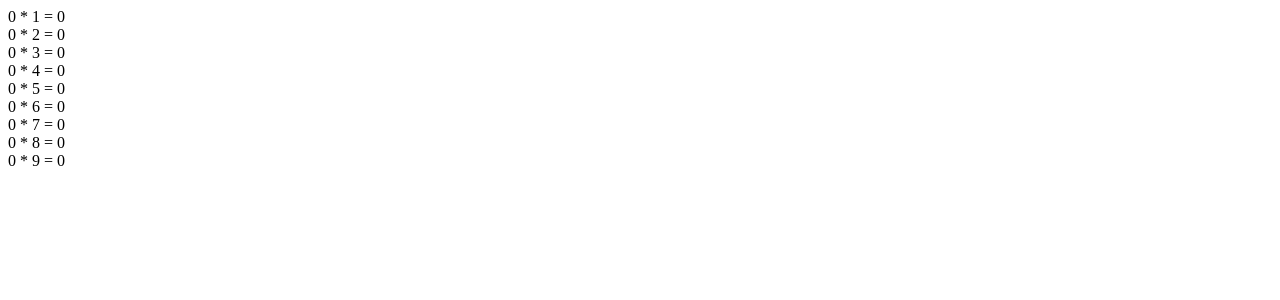
Repository: hahahahohohoho/k7_jsp
Page: http://localhost/JSPMission1/mission/Mission1.jsp
The author's editor kept a copy of each file at every save. The page is drawn from the files as they stood at one save, then again after a run of saves.
The browser window is 1280 px wide. The pictures show the whole page.
The page is served by Tomcat 9.

Above is the page before, as saved 2024-06-05 04:05:32.

### JSPMission1/src/main/webapp/mission/Mission1.jsp
<%@ page language="java" contentType="text/html; charset=UTF-8"
    pageEncoding="UTF-8"%>
<!DOCTYPE html>
<html>
<head>
<meta charset="UTF-8">
<title>Insert title here</title>
</head>
<body>

<%
int num=0;
try{
	num = Integer.parseInt(request.getParameter("dan"));
}
catch(Exception e){
	num=0;
}
%>
 <%
	 for(int i=1; i<10; i++) {
	 	out.println(num +" * " + i + " = " + num*i + "<br />");
	 }
 %>
</body>
</html>

After the next 2 saves:
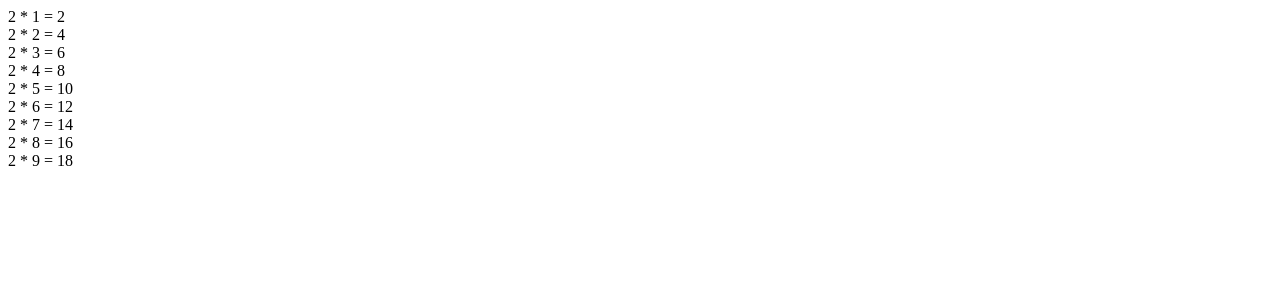
The 2 saves are shown as one change because they came seconds apart.
The last was saved 20 s later.
--- a/JSPMission1/src/main/webapp/mission/Mission1.jsp
+++ b/JSPMission1/src/main/webapp/mission/Mission1.jsp
@@ -9,13 +9,11 @@
 <body>
 
 <%
-int num=0;
+int num=2;
 try{
 	num = Integer.parseInt(request.getParameter("dan"));
 }
-catch(Exception e){
-	num=0;
-}
+catch(Exception e){}
 %>
  <%
 	 for(int i=1; i<10; i++) {
